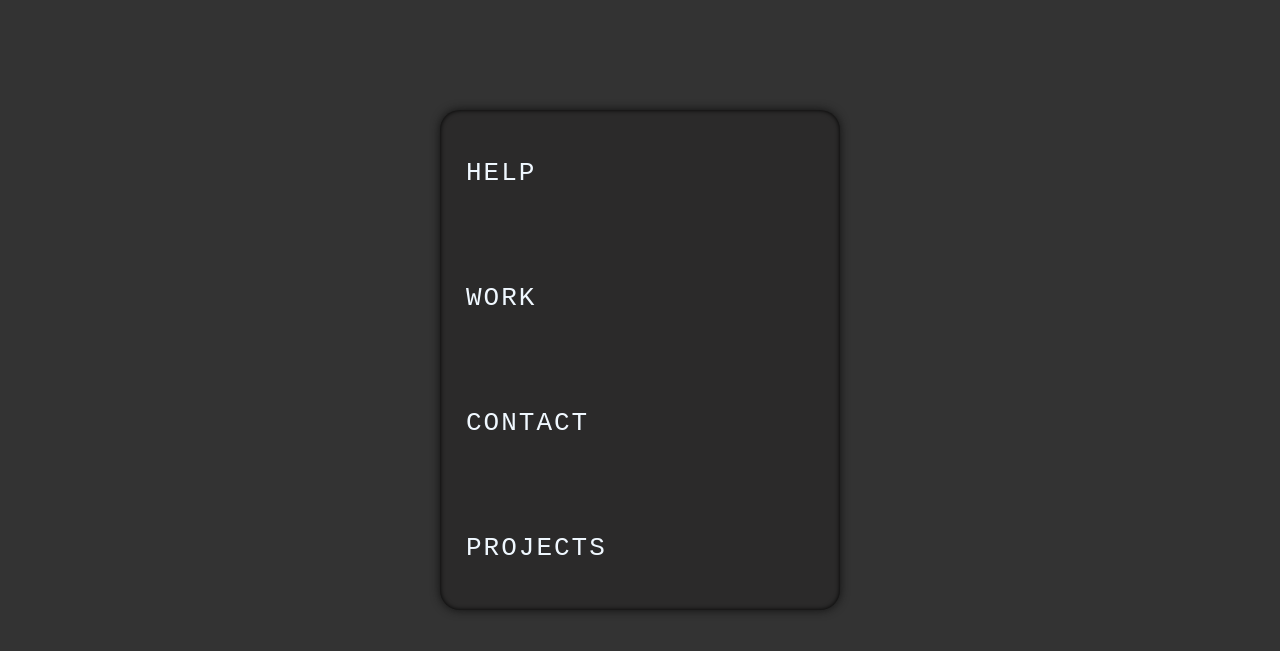
Repository: Rostyk-qq/Projects_Web
Page: menuRanLine/ranLine.html
These files come from the project's save history. The page is drawn as it stood at one moment and after the next save; the edit follows.
The browser window is 1280 px wide. The pictures show the whole page.

Above is the page before, as saved 2023-09-30 02:11:06.

### menuRanLine/ranLine.html
<!DOCTYPE html>
<html lang="en">
<head>
    <meta charset="UTF-8">
    <meta name="viewport" content="width=device-width, initial-scale=1.0">
    <link rel="stylesheet" href="./ranLine.css">
    <title>Document</title>
</head>
<body>
    <div class="wrapper">
        <ul class="menu">
            <li data-active-color="red" class="menu__list">
                <a href="" class="menu__link">Help</a>
            </li>
            <li data-active-color="yellow"  class="menu__list">
                <a href="" class="menu__link">Work</a>
            </li>
            <li data-active-color="green"  class="menu__list">
                <a href="" class="menu__link">Contact</a>
            </li>
            <li data-active-color="blue"  class="menu__list">
                <a href="" class="menu__link">Projects</a>
            </li>

            <div class="container__line">
                <div class="line"></div>
            </div>
        </ul>
    </div>
    <script src="./ranLine.js" ></script>
</body>
</html>

### menuRanLine/ranLine.css
*{
    margin: 0;
    padding: 0;
    box-sizing: border-box;
}
body{
    width: 100vw;
    height: 100vh;
    overflow: hidden;
}
.wrapper {
    width: 100%;
    height: 100%;
    display: grid;
    place-items: center;
    background-color: #333;
 }
.menu {
    position: relative;
    padding: 0;
    display: flex;
    flex-direction: column;
    flex-wrap: wrap;
    width: 400px;
    height: 500px;
    border-radius: 20px;
    background-color: #2b2a2a;
    overflow: hidden;
    box-shadow: 0px 0px 10px #111, inset 0px 0px 5px ;
}
.menu__list {
    list-style-type: none;
    width: 100%;
    height: 25%;
    display: flex;
    align-items: center;
}
.menu__link {
    text-transform: uppercase;
    text-decoration: none;
    letter-spacing: 2px;
    color: aliceblue;
    padding-left: 26px;
    font-size: 26px;
    font-family: 'Courier New', Courier, monospace;
}
.container__line {
    position: absolute;
    left: 0;
    top: 0;
    width: 15px;
    height: 100%;
}
.line {
    position: absolute;
    top: 0;
    left: 0;
    background-color: green;
    border-radius: 0px 10px 10px 0px;
}

Loaded but not shown: menuRanLine/ranLine.js (no copy from this time; the picture is the same without it)

After the next save:
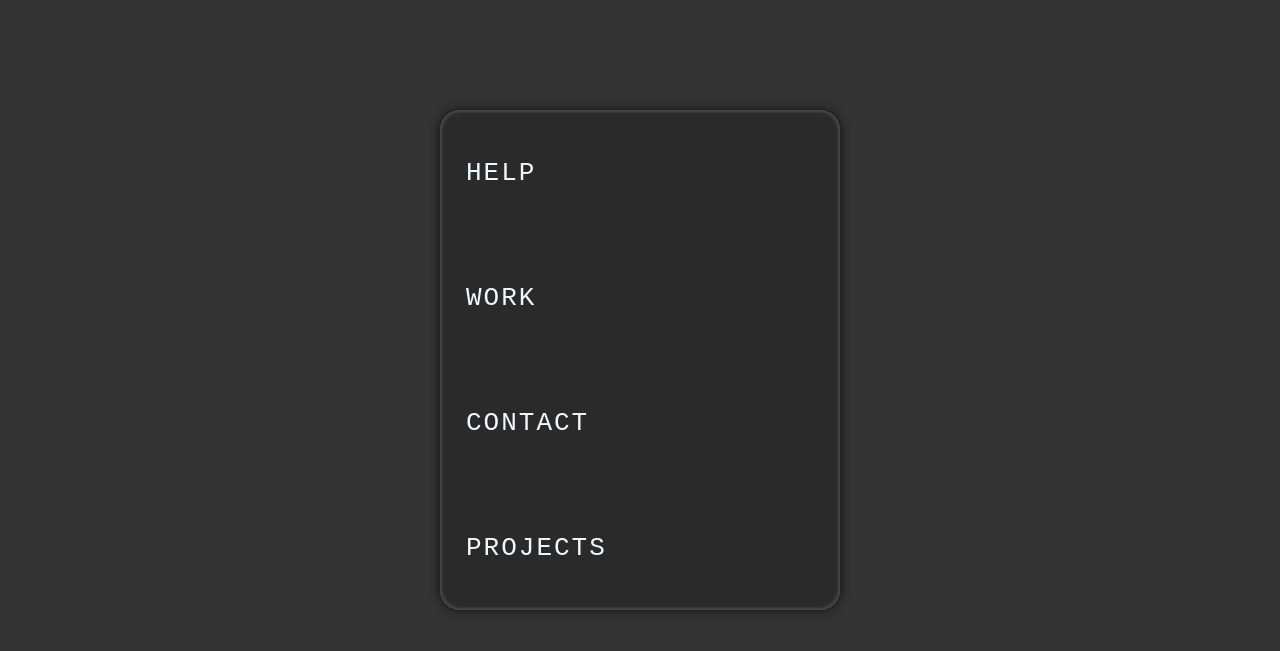
Saved 4 s later.
--- a/menuRanLine/ranLine.css
+++ b/menuRanLine/ranLine.css
@@ -26,7 +26,7 @@ body{
     border-radius: 20px;
     background-color: #2b2a2a;
     overflow: hidden;
-    box-shadow: 0px 0px 10px #111, inset 0px 0px 5px ;
+    box-shadow: 0px 0px 10px #111, inset 0px 0px 5px #fff5;
 }
 .menu__list {
     list-style-type: none;
